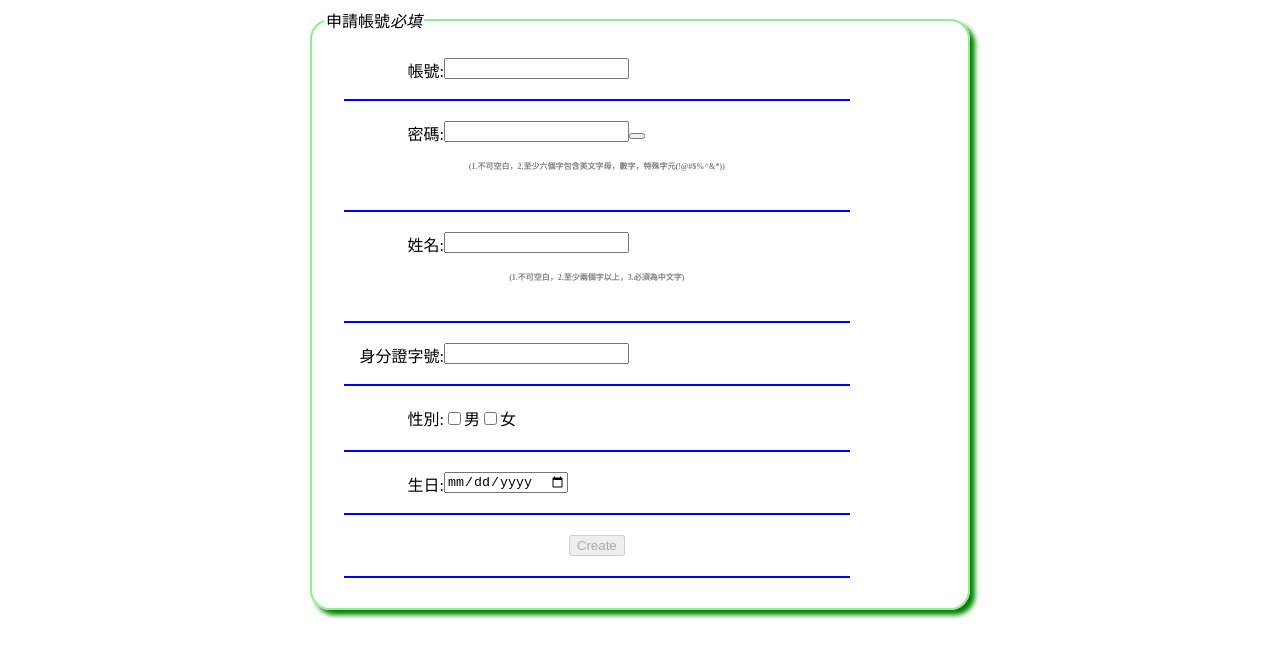
Repository: cctytw2000/JavaSecondProject
Page: Member/EEIT109_35/src/main/webapp/html/RegisteredMember.html
The author's editor kept a copy of each file at every save. The page is drawn from the files as they stood at one save, then again after the next save.
The browser window is 1280 px wide. The pictures show the whole page.
Some web libraries are served in a nearby version.

Above is the page before, as saved 2019-09-07 02:11:55.
Console error: TypeError: Cannot read properties of null (reading 'addEventListener')

After the next save:
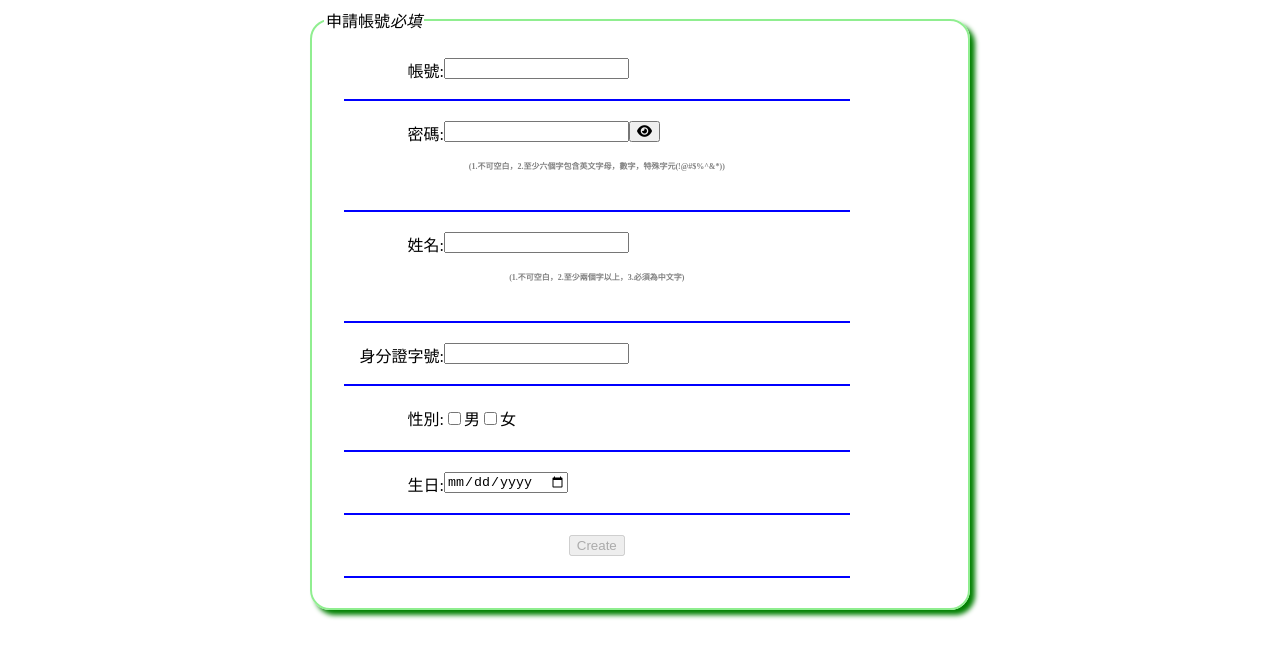
Saved 93 s later.
--- a/Member/EEIT109_35/src/main/webapp/html/RegisteredMember.html
+++ b/Member/EEIT109_35/src/main/webapp/html/RegisteredMember.html
@@ -18,7 +18,9 @@
 <label class='label1'>帳號:</label><input type="text" id="account" name="account"><span id="account_msg"></span>
 </div>
 <div class="div1">
-<label class='label1'>密碼:</label><input type="password" id="password" name="password"><span id="msg_password"></span><button type="button" onclick="showHide()" id="eye"></button>
+<label class='label1'>密碼:</label><input type="password" id="password" name="password"><span id="msg_password"></span><button type="button" onclick="showHide()" id="eye"><i class="fas fa-eye"></i>
+
+</button>
 <h6 style="color: gray;font-size: 8px">(1.不可空白，2.至少六個字包含英文字母，數字，特殊字元(!@#$%^&*))</h6>
 </div>
 <div class="div1">
